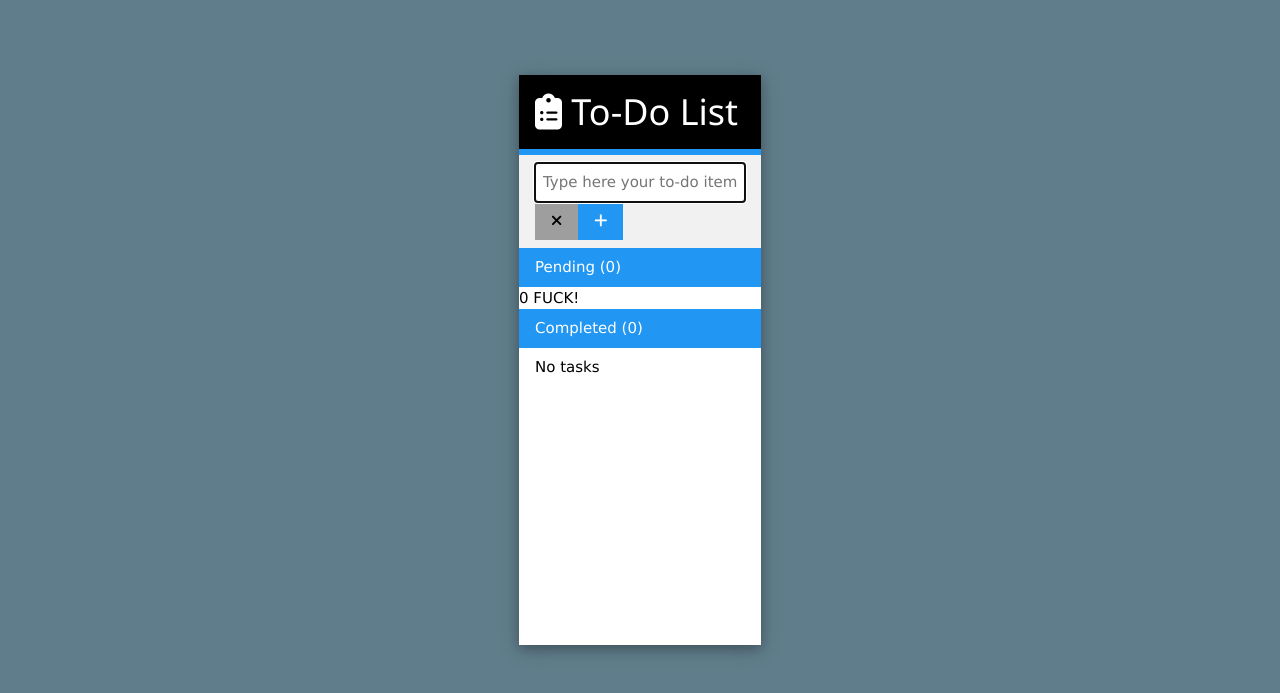
Repository: bclover/vue3-design-patterns-book
Page: /
The author's editor kept a copy of each file at every save. The page is drawn from the files as they stood at one save, then again after the next save.
The browser window is 1280 px wide. The pictures show the whole page.
The project was rebuilt for these pictures with package versions that can differ from the ones it lists, and the page was loaded fresh each time. Also part of the build but not shown: vite.config.ts.

Above is the page before, as saved 2023-06-19 20:54:55.

### index.html
<!DOCTYPE html>
<html lang="en">
    <head>
        <meta charset="UTF-8" />
        <link rel="icon" type="image/svg+xml" href="/vite.svg" />
        <link rel="stylesheet" href="/css/w3.css" />
        <link rel="stylesheet" href="/css/fontawesome.min.css" />
        <link rel="stylesheet" href="/css/solid.min.css" />
        <link rel="stylesheet" href="/css/brands.min.css" />
        <meta name="viewport" content="width=device-width, initial-scale=1.0" />
        <title>To Do</title>
    </head>
    <body>
        <div id="app"></div>
        <script type="module" src="/src/main.ts"></script>
    </body>
</html>

### src/App.vue
<script lang="ts" setup>
import ToDos from './components/ToDos.vue';
</script>

<template>
  <div class="app w3-blue-gray">
    <ToDos></ToDos>
  </div>
</template>

<style scoped>
.app {
  display: flex;
  justify-content: center;
  width: 100vw;
  min-height: 100vh;
  padding: 5rem;
}
</style>

### src/components/ToDos.vue
<script lang="ts" setup>
import { computed, ComputedRef, Ref, ref, WritableComputedRef } from 'vue';

interface ToDo {
  id: number;
  text: Ref<string>;
  checked: boolean;
}

const _todo_value = ref('');
const _todo_text: WritableComputedRef<Ref<string>> = computed({
  get: () => _todo_text.value,
  set: (newValue: Ref<string>) => {
    _todo_value.value = newValue.value;
  },
});
const _todo_list: ComputedRef<Array<ToDo>> = computed(() => []);
const _pending = computed(() => {
  return _todo_list.value;
});
const _done = computed(() => {
  return _todo_list.value.filter((todo) => todo.checked);
});
function clearToDo(): void {
  _todo_text.value = _todo_value;
}
function addToDo() {
  console.log('addToDo =>');
  const date = new Date();
  const todo: ToDo = {
    id: date.valueOf(),
    text: _todo_text.value,
    checked: false,
  };
  console.log('todo =>', todo);
  console.log('_todo_list.value =>', _todo_list.value);
  _todo_list.value.push(todo);
  console.log('_todo_list.value AFTER =>', _todo_list.value);
  clearToDo();
}
</script>

<template>
  <div class="todo-container w3-white w3-card-4">
    <!-- Header -->
    <div class="w3-container w3-black w3-margin-0 w3-bottombar w3-border-blue">
      <h1>
        <i class="fa-solid fa-clipboard-list"></i>
        To-Do List
      </h1>
    </div>

    <!-- Remove & Add Buttons -->
    <div class="w3-container flex-container w3-light-gray w3-padding">
      <input
        class="w3-input w3-border-0"
        type="text"
        autofocus
        v-model="_todo_text"
        @keyup.enter="addToDo()"
        placeholder="Type here your to-do item..."
      />
      <button class="w3-button w3-gray" @click="clearToDo()">
        <i class="fa-solid fa-times"></i>
      </button>
      <button class="w3-button w3-blue" @click="addToDo()">
        <i class="fa-solid fa-plus"></i>
      </button>
    </div>

    <!-- Pending Todos Heading -->
    <div class="w3-padding w3-blue">Pending ({{ _pending.length }})</div>

    {{ _pending.length }}

    FUCK!
    <!-- List of Pending Todos -->
    <div class="w3-padding" v-for="todo in _pending.values" :key="todo.id">
      <label>
        <input type="checkbox" v-model="todo.checked" />
        <span class="w3-margin-left">{{ todo.text }}</span>
      </label>

      <!-- No Pending Tasks -->
      <div class="w3-padding" v-show="_pending.length == 0">No tasks</div>
    </div>

    <!-- Completed Todos Heading -->
    <div class="w3-padding w3-blue">Completed ({{ _done.length }})</div>

    <!-- List of Completed Todos -->
    <div class="w3-padding" v-for="todo in _done.values" :key="todo.id">
      <label>
        <input type="checkbox" v-model="todo.checked" />
        <span class="w3-margin-left">{{ todo.text }}</span>
      </label>
    </div>

    <!-- No Completed Todos -->
    <div class="w3-padding" v-show="_done.length == 0">No tasks</div>
  </div>
</template>

Loaded but not shown: src/main.ts (common file); public/css/w3.css (library); public/css/fontawesome.min.css (library); public/css/solid.min.css (common file); public/css/brands.min.css (library)

After the next save:
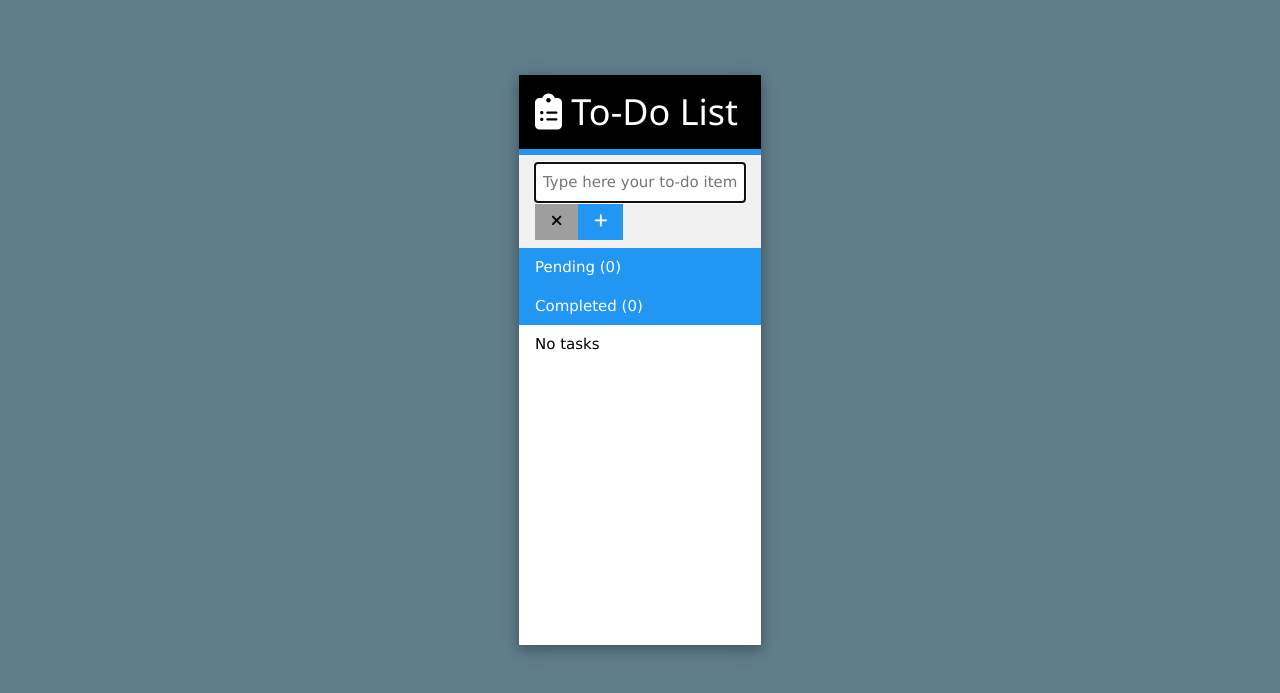
Saved 54 s later.
--- a/src/components/ToDos.vue
+++ b/src/components/ToDos.vue
@@ -71,9 +71,6 @@ function addToDo() {
     <!-- Pending Todos Heading -->
     <div class="w3-padding w3-blue">Pending ({{ _pending.length }})</div>
 
-    {{ _pending.length }}
-
-    FUCK!
     <!-- List of Pending Todos -->
     <div class="w3-padding" v-for="todo in _pending.values" :key="todo.id">
       <label>
